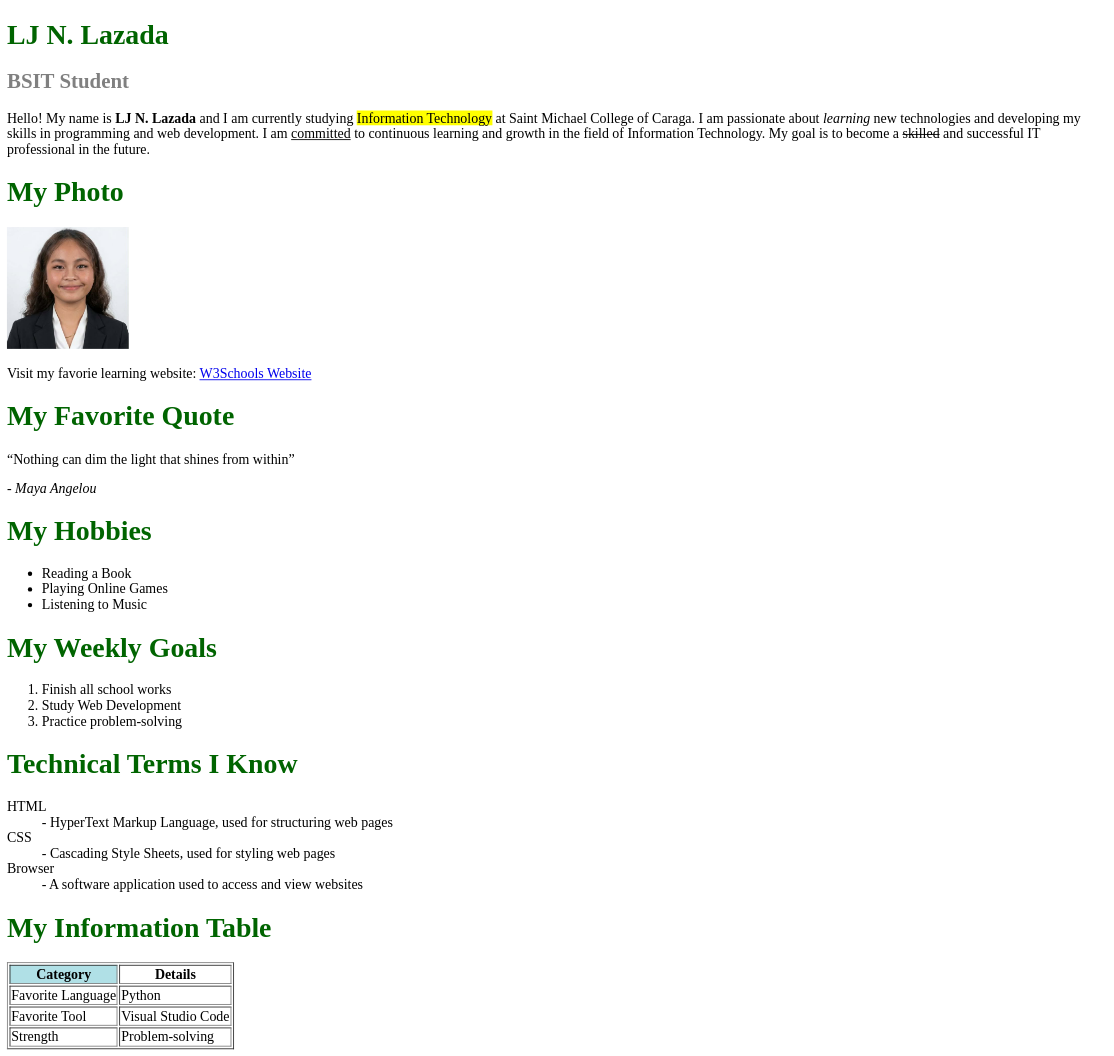
Repository: ljlazada11/myfirsthtml
Page: index.html
The author's editor kept a copy of each file at every save. The page is drawn from the files as they stood at one save, then again after the next save.
The browser window is 1280 px wide. The pictures show the whole page, at 87% of full size.

Above is the page before, as saved 2026-06-24 20:49:54.

After the next save:
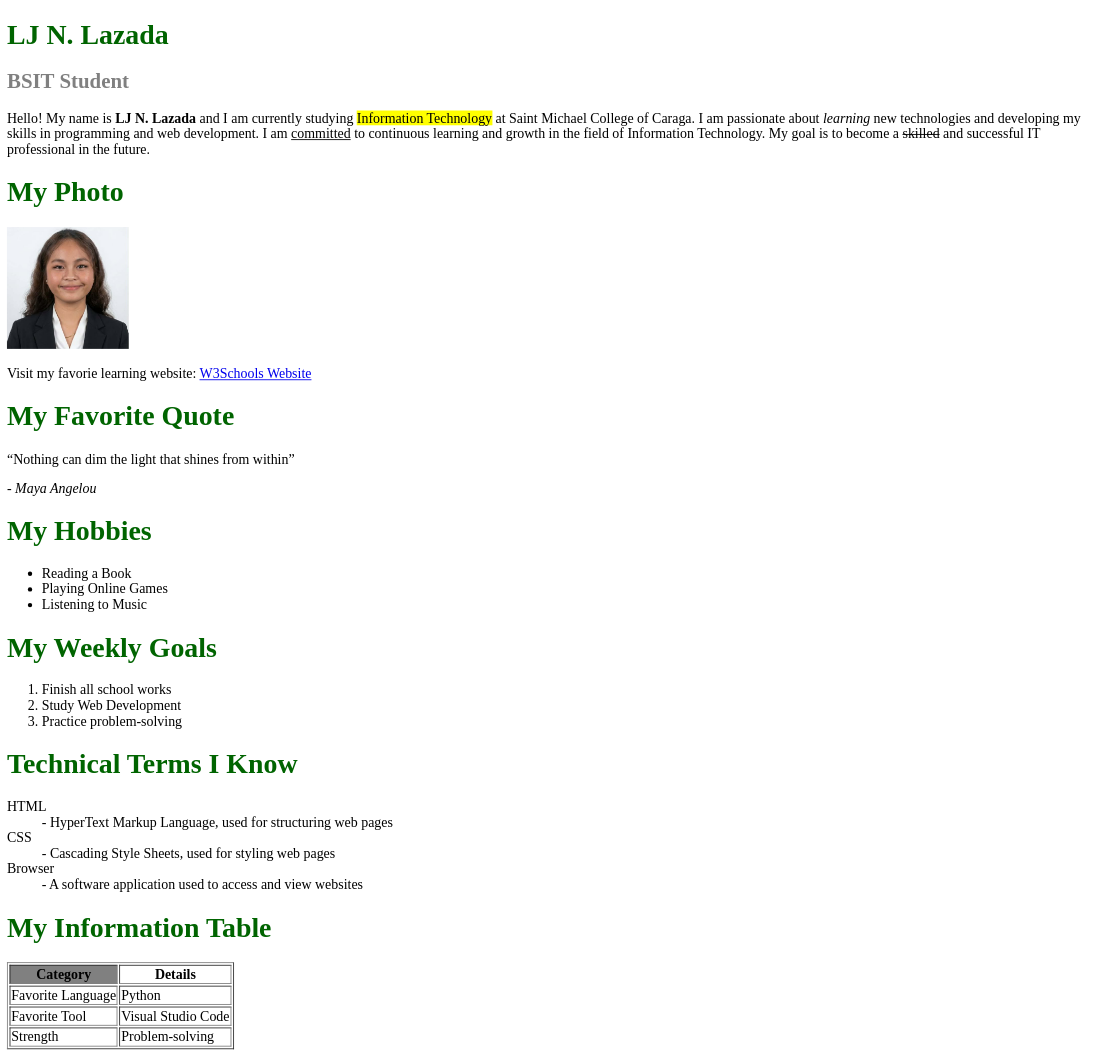
Saved 18 s later.
--- a/index.html
+++ b/index.html
@@ -48,7 +48,7 @@
     <h1 style="color:darkgreen">My Information Table</h1>
 <table border="1">
     <tr>
-        <th style="background-color:powderblue;">Category</th>
+        <th style="background-color:gray;">Category</th>
         <th>Details</th>
     </tr>
     <tr>
